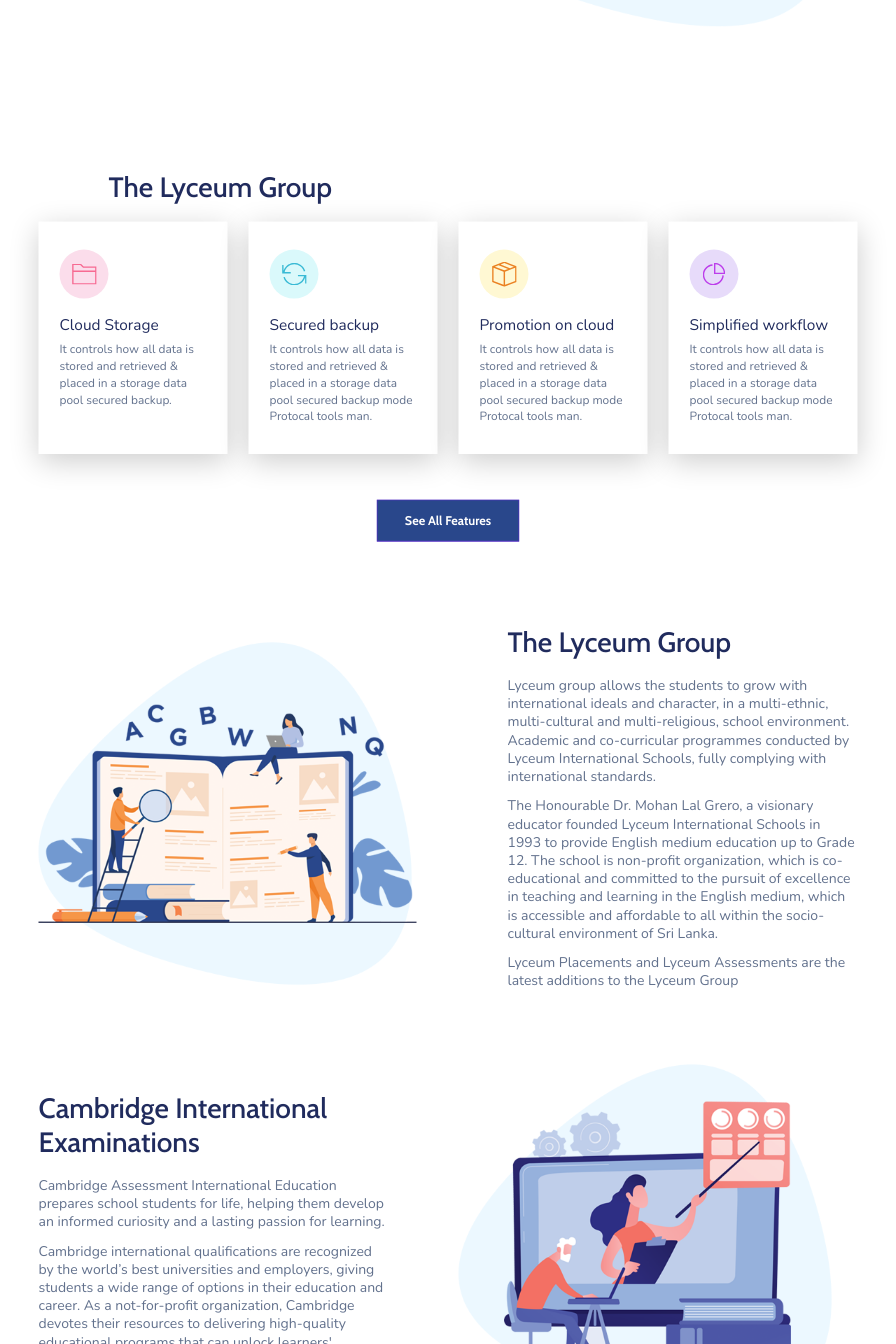
Repository: AXUSLK/LyceumAssessments-HTML
Page: index.html
The author's editor kept a copy of each file at every save. The page is drawn from the files as they stood at one save, then again after a run of saves.
The browser window is 1280 px wide. The pictures show the part of the page from y = 1292 to 3212 px (the page is 5730 px tall before and 5882 px after), at 70% of full size.
Some web libraries are served in a nearby version.

Above is the page before, as saved 2022-02-01 10:00:16.

After the next 4 saves:
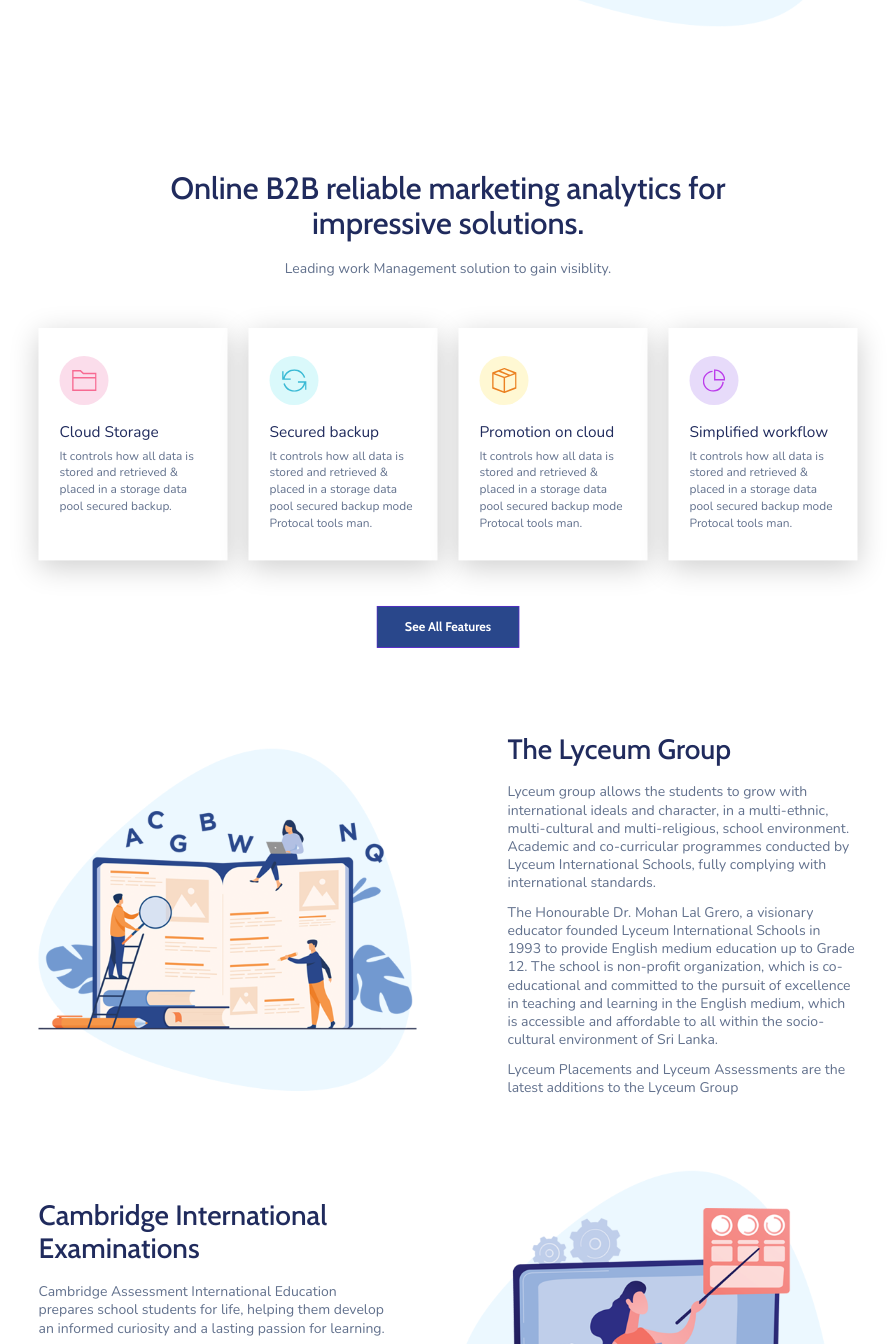
The 4 saves are shown as one change because they came seconds apart.
The last was saved 14 s later.
--- a/index.html
+++ b/index.html
@@ -227,7 +227,11 @@
 						<div class="row">
 							<div class="col-12 col-lg-10 offset-lg-1">
 								<!-- headingHead -->
-								<h3 class="mb-5">The Lyceum Group</h3>
+								<header
+									class="headingHead textMedium text-center mb-8 mb-lg-10 mb-xl-14 wow bounceInUp">
+									<h2 class="mb-5">Online B2B reliable marketing analytics for impressive solutions.
+									</h2>
+									<p>Leading work Management solution to gain visiblity.</p>
 								</header>
 							</div>
 						</div>
